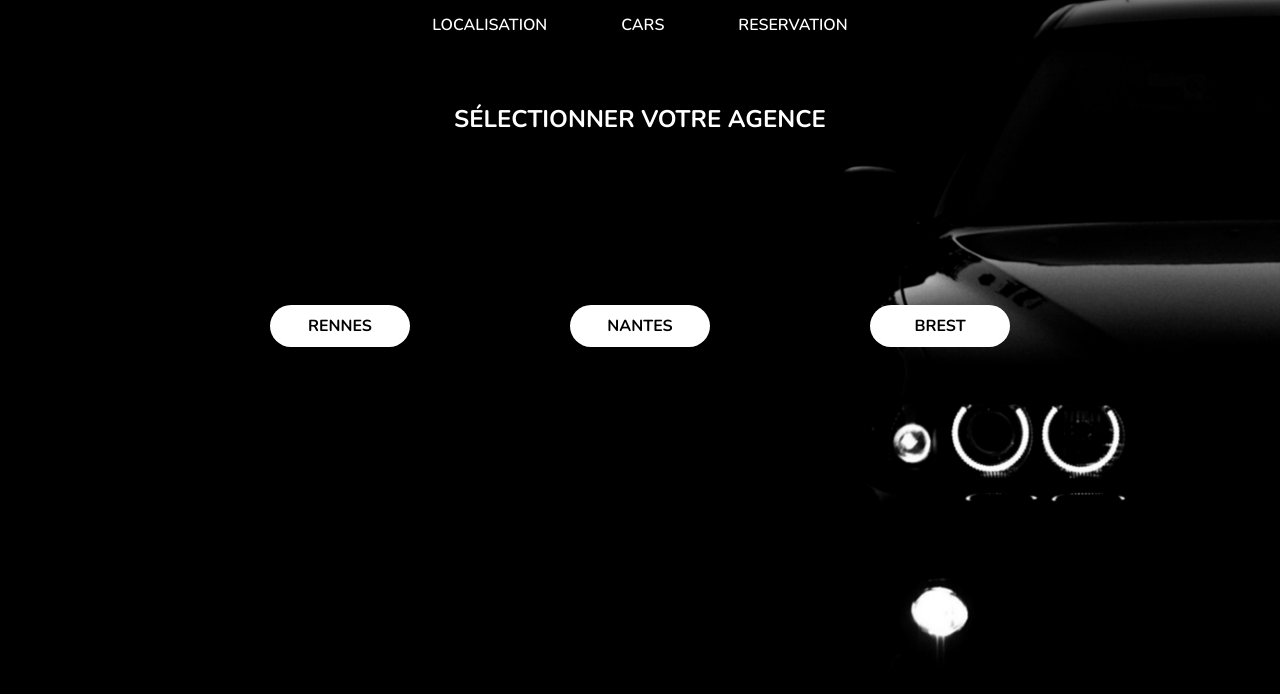
Repository: romgrm/jenaipasdevoiture
Page: src/main/java/fr/romgrm/index.html
The author's editor kept a copy of each file at every save. The page is drawn from the files as they stood at one save, then again after the next save.
The browser window is 1280 px wide. The pictures show the whole page.
An inner scrolling area shows only its first screen. Some web libraries are served in a nearby version.

Above is the page before, as saved 2020-10-16 16:12:58.

After the next save:
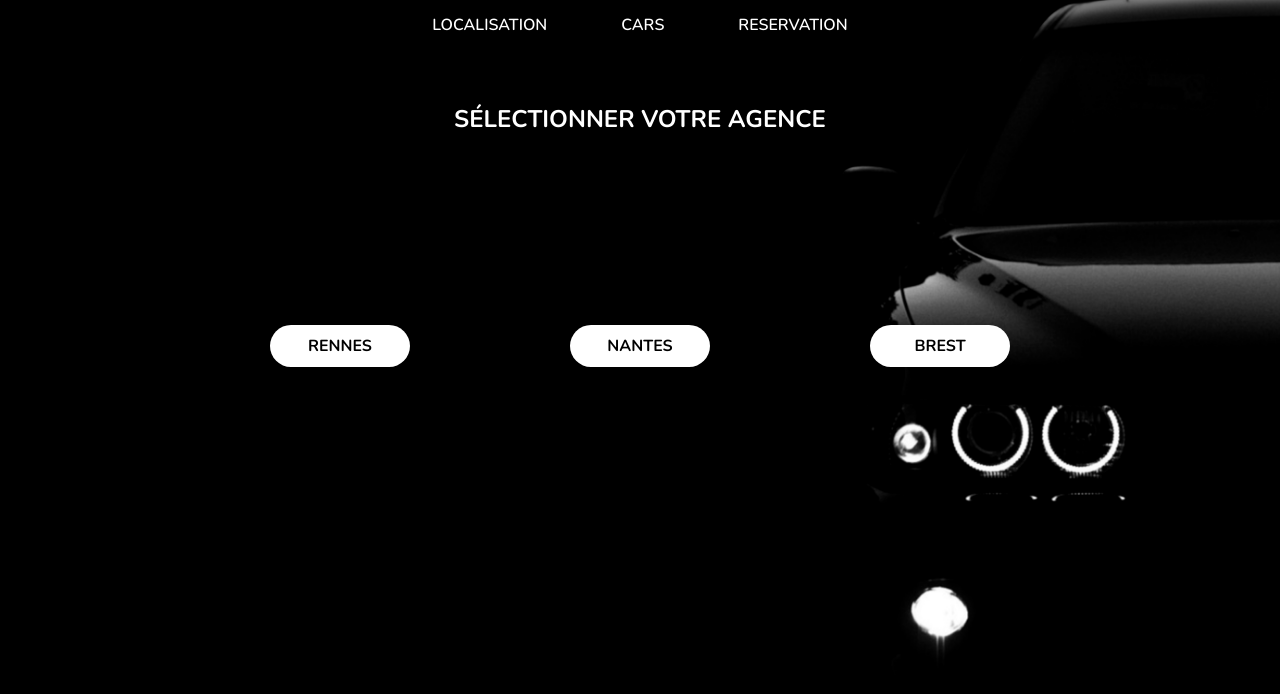
Saved 10 s later.
--- a/src/main/java/fr/romgrm/style.css
+++ b/src/main/java/fr/romgrm/style.css
@@ -109,7 +109,7 @@
 
 #LOCALISATION ul{
     position: relative;
-    bottom: 50px;
+    bottom: 30px;
     z-index: 1;
     display: flex;
     width: 100%;
